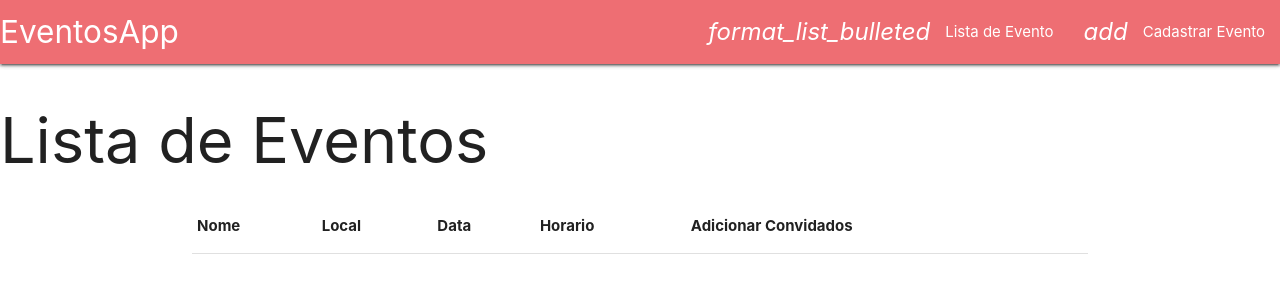
Repository: CaioCoutodePrograma/Eventosapp
Page: http://localhost/index
The author's editor kept a copy of each file at every save. The page is drawn from the files as they stood at one save, then again after a run of saves.
The browser window is 1280 px wide. The pictures show the whole page.
The page is this project's Thymeleaf template; nobody is signed in. The template is opened directly, without the code that normally fills it, so the values that code supplies are empty.

Above is the page before, as saved 2020-03-02 23:14:35.

### eventoapp/eventoapp/src/main/resources/templates/index.html
<!DOCTYPE html>
<html xmlns:th="http://thymeleaf.org"
	xmlns:layout="http://www.ultraq.net.nz/thymeleaf/layout" lang=”pt-br”>
<head>
<title>EventosApp</title>
<!--Import Google Icon Font-->
<link href="https://fonts.googleapis.com/icon?family=Material+Icons"
	rel="stylesheet" />
<!--Import materialize.css-->
<link type="text/css" rel="stylesheet"
	href="materialize/css/materialize.min.css" media="screen,projection" />

<!--Let browser know website is optimized for mobile-->
<meta name="viewport" content="width=device-width, initial-scale=1.0" />
</head>
<body>
	<header>
		<nav>
			<div class="navbar-fixed">
				<nav>
					<div class="nav-wrapper">
						<a href="#!" class="brand-logo">EventosApp</a>
						<ul class="right hide-on-med-and-down">
							<li><a href="/eventos"><i class="material-icons left ">format_list_bulleted</i>Lista
									de Evento</a></li>
							<li><a href="/cadastrarEvento"><i
									class="material-icons left">add</i>Cadastrar Evento</a></li>
						</ul>
					</div>
				</nav>
			</div>
		</nav>
	</header>
	<h1>Lista de Eventos</h1>

	<table class="container">
		<thead>
			<tr>
				<th>Nome</th>
				<th>Local</th>
				<th>Data</th>
				<th>Horario</th>
				<th>Adicionar Convidados</th>
			</tr>

		</thead>
		<tbody>
			<tr th:each="evento : ${eventos}">

				<td><span th:text="${evento.nome}"></span></td>
				<td><span th:text="${evento.local}"></span></td>
				<td><span th:text="${evento.data}"></span></td>
				<td><span th:text="${evento.horario}"></span></td>
				<td><a
					th:href="${(#mvc.url('EC#detalhesEvento').arg(0,evento.codigo)).build()}"
					class="btn-floating btn-large waves-effect waves-light red"><i
						class="material-icons">group_add</i></a>
			</tr>

		</tbody>
	</table>


	<!--JavaScript at end of body for optimized loading-->
	<script type="text/javascript" src="materialize/js/materialize.min.js"></script>


</body>
</html>

Loaded but not shown: eventoapp/eventoapp/src/main/resources/static/materialize/css/materialize.min.css (library); eventoapp/eventoapp/src/main/resources/static/materialize/js/materialize.min.js (library)

After the next 2 saves:
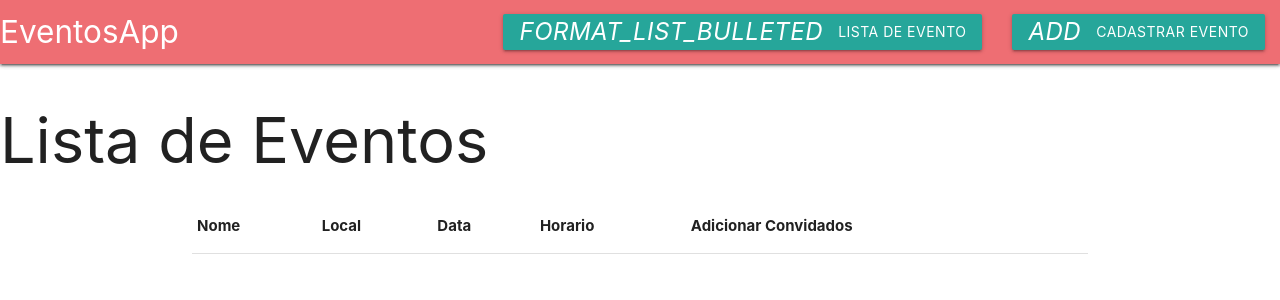
The 2 saves are shown as one change because they came seconds apart.
The last was saved 15 s later.
--- a/eventoapp/eventoapp/src/main/resources/templates/index.html
+++ b/eventoapp/eventoapp/src/main/resources/templates/index.html
@@ -21,10 +21,12 @@
 					<div class="nav-wrapper">
 						<a href="#!" class="brand-logo">EventosApp</a>
 						<ul class="right hide-on-med-and-down">
-							<li><a href="/eventos"><i class="material-icons left ">format_list_bulleted</i>Lista
-									de Evento</a></li>
-							<li><a href="/cadastrarEvento"><i
-									class="material-icons left">add</i>Cadastrar Evento</a></li>
+							<li><a class="waves-effect waves-light btn" href="/eventos"><i
+									class="material-icons left ">format_list_bulleted</i>Lista de
+									Evento</a></li>
+							<li><a class="waves-effect waves-light btn"
+								href="/cadastrarEvento"><i class="material-icons left">add</i>Cadastrar
+									Evento</a></li>
 						</ul>
 					</div>
 				</nav>
